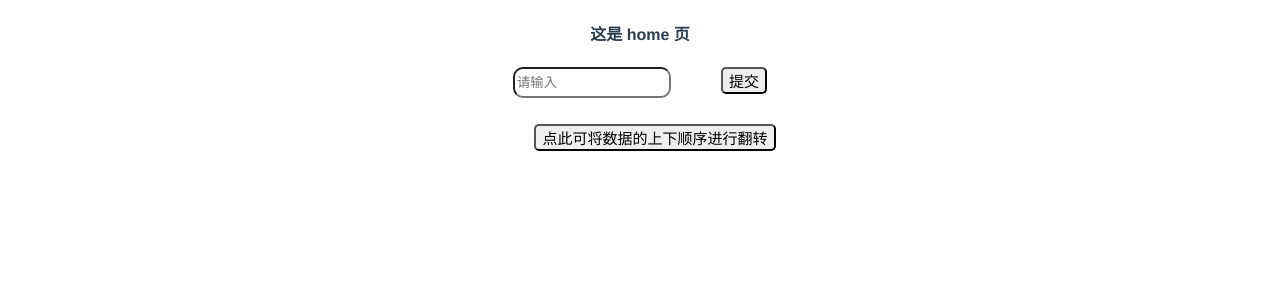
Repository: z-xy-git/demofirst
Page: /
These files come from the project's save history. The page is drawn as it stood at one moment and after the next save; the edit follows.
The browser window is 1280 px wide. The pictures show the whole page.
The project was rebuilt for these pictures with package versions that can differ from the ones it lists, and the page was loaded fresh each time.

Above is the page before, as saved 2021-02-25 15:31:44.

### src/router/index.js
import Vue from 'vue'
import VueRouter from 'vue-router'
import Home from '../views/Home.vue'

Vue.use(VueRouter)

const routes = [
  {
    path: '/',
    name: 'Home',
    component: Home
  },
  {
    path: '/showData',
    name: 'ShowData',
    // route level code-splitting
    // this generates a separate chunk (about.[hash].js) for this route
    // which is lazy-loaded when the route is visited.
    component: () => import(/* webpackChunkName: "about" */ '../views/ShowData.vue')
  }
]

const router = new VueRouter({
  mode: 'history',
  base: process.env.BASE_URL,
  routes
})

export default router

### src/store/index.js
import Vue from 'vue'
import Vuex from 'vuex'

Vue.use(Vuex)

export default new Vuex.Store({
  state: {
    dataArr:[]
  },
  mutations: {
  },
  actions: {
  },
  modules: {
  }
})

### src/views/Home.vue
<template>
  <div class="home">
    <h4>这是 home 页</h4>
    <input type="text" v-model="inputData" placeholder="请输入" class="input-style">
    <button @click="btnclick" class="btn-style">提交</button>
    <div>
      <button @click="reverseItemData" class="btn-style">点此可将数据的上下顺序进行翻转</button>
    </div>
    <!-- <div class="show-data">
      <p class="p" v-for="(item,index) in inputDataArr" :key="index">{{item}}</p>
    </div> -->
    <!-- <router-view/> -->
  </div>
</template>

<script>
// @ is an alias to /src

export default {
  name: 'Home',
  components: {
  },
  data(){
    return{
      inputData: '',
      inputDataArr: []
    }
  },
  methods:{
    btnclick() {
      // this.$router.push('/about');
      console.log(this.inputData);
      this.inputDataArr.push(this.inputData);
    },
    reverseItemData(){
      this.inputDataArr.reverse();
    }
  }
}
</script>
<style>
  .input-style{
    margin-right: 20px;
    outline: none;
    border-radius: 10px;
    width: 150px;
    height: 25px;
  }
  .btn-style{
    margin: 0 0 30px 30px;
    outline: none;
    border-radius: 5px;
    background-color: #eee;
    font-size: 15px;
  }
  .show-data{
    position: absolute;
    left: 20px;
    top: 50px;
    width: 300px;
    height: 600px;
    background-color: #888;
    color: #fff;
  }
</style>

Loaded but not shown: public/index.html (common file); src/main.js (common file); src/App.vue (common file)

After the next save:
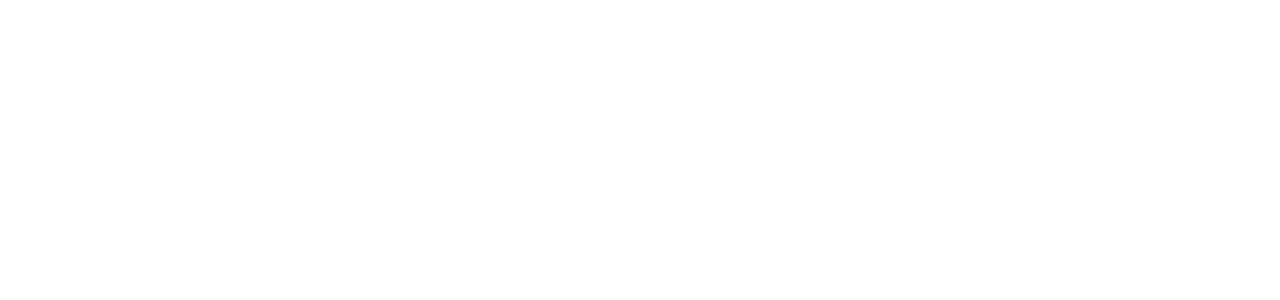
Saved 19 s later.
--- a/src/router/index.js
+++ b/src/router/index.js
@@ -8,7 +8,7 @@
   {
     path: '/',
     name: 'Home',
-    component: Home
+    components: Home
   },
   {
     path: '/showData',

After the 2 saves that followed:
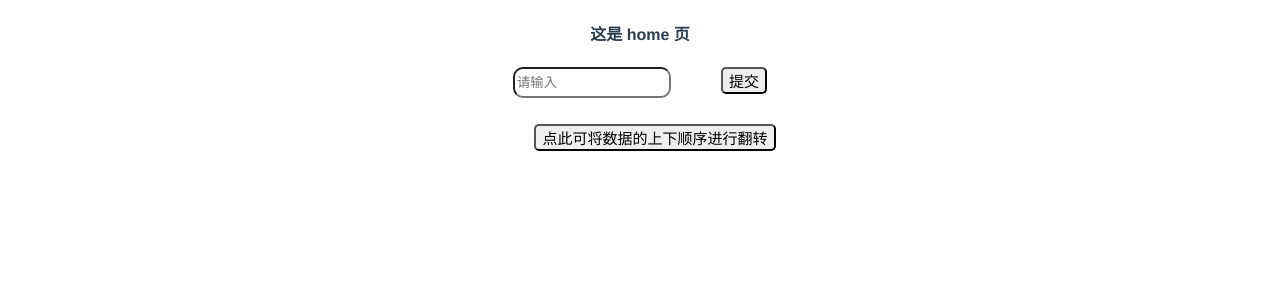
The 2 saves are shown as one change because 1 left the picture as it was.
The last was saved 106 s later.
--- a/src/router/index.js
+++ b/src/router/index.js
@@ -8,7 +8,9 @@
   {
     path: '/',
     name: 'Home',
-    components: Home
+    components: {
+      default:Home
+    }
   },
   {
     path: '/showData',
